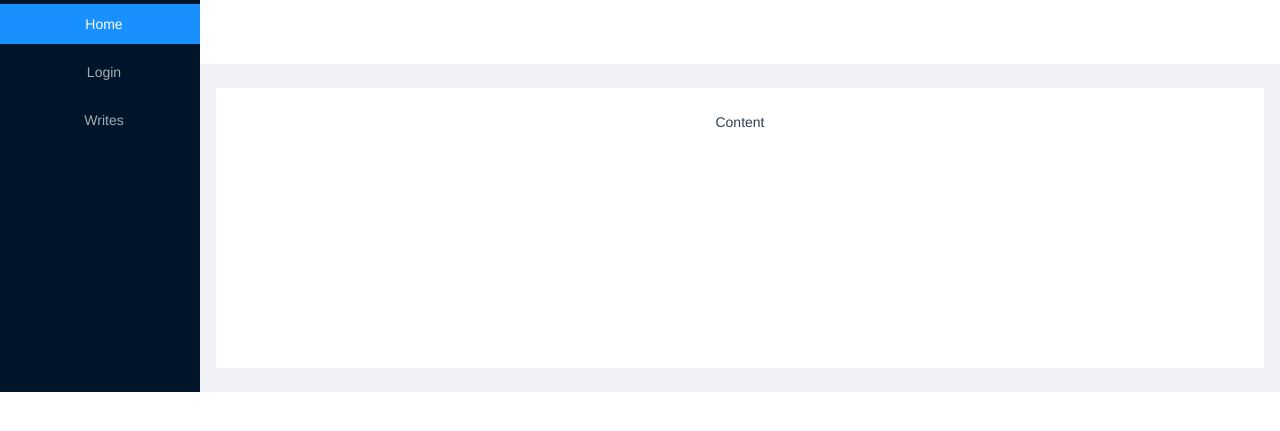
Repository: writesapp/mod
Page: /
An editor plug-in stored every save of this project. The page is shown before and after the next save, followed by the edit.
The browser window is 1280 px wide. The pictures show the whole page.
The project was rebuilt for these pictures with package versions that can differ from the ones it lists, and the page was loaded fresh each time. Also part of the build but not shown: src/components/SigninButton.vue, src/views/Login.vue, src/views/Writes.vue.

Above is the page before, as saved 2020-07-09 13:46:27.

After the next save:
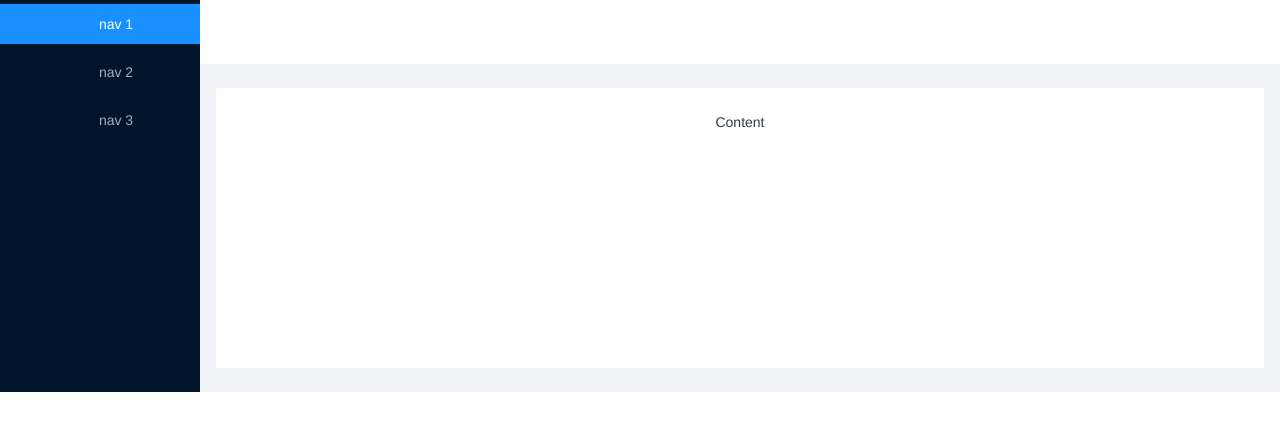
Saved 2 min 37 s later.
--- a/src/App.vue
+++ b/src/App.vue
@@ -1,37 +1,38 @@
 <template>
   <div id="app">
-    <div class="home">
-      <a-layout id="components-layout-demo-custom-trigger">
-      <a-layout-sider v-model="collapsed" :trigger="null" collapsible>
-        <div class="logo" />
-        <a-menu theme="dark" mode="inline" :default-selected-keys="['1']">
-          <a-menu-item key="1">
-            <router-link to="/">Home</router-link>
-          </a-menu-item>
-          <a-menu-item key="2">
-            <router-link to="/login">Login</router-link>
-          </a-menu-item>
-          <a-menu-item key="3">
-            <router-link to="/writes">Writes</router-link>
-          </a-menu-item>
-        </a-menu>
-      </a-layout-sider>
-      <a-layout>
-        <a-layout-header style="background: #fff; padding: 0">
-          <a-icon
-            class="trigger"
-            :type="collapsed ? 'menu-unfold' : 'menu-fold'"
-            @click="() => (collapsed = !collapsed)"
-          />
-        </a-layout-header>
-        <a-layout-content
-          :style="{ margin: '24px 16px', padding: '24px', background: '#fff', minHeight: '280px' }"
-        >
-          Content
-        </a-layout-content>
-      </a-layout>
+    <a-layout id="components-layout-demo-custom-trigger">
+    <a-layout-sider v-model="collapsed" :trigger="null" collapsible>
+      <div class="logo" />
+      <a-menu theme="dark" mode="inline" :default-selected-keys="['1']">
+        <a-menu-item key="1">
+          <a-icon type="user" />
+          <span>nav 1</span>
+        </a-menu-item>
+        <a-menu-item key="2">
+          <a-icon type="video-camera" />
+          <span>nav 2</span>
+        </a-menu-item>
+        <a-menu-item key="3">
+          <a-icon type="upload" />
+          <span>nav 3</span>
+        </a-menu-item>
+      </a-menu>
+    </a-layout-sider>
+    <a-layout>
+      <a-layout-header style="background: #fff; padding: 0">
+        <a-icon
+          class="trigger"
+          :type="collapsed ? 'menu-unfold' : 'menu-fold'"
+          @click="() => (collapsed = !collapsed)"
+        />
+      </a-layout-header>
+      <a-layout-content
+        :style="{ margin: '24px 16px', padding: '24px', background: '#fff', minHeight: '280px' }"
+      >
+        Content
+      </a-layout-content>
     </a-layout>
-  </div>
+  </a-layout>
     <router-view/>
   </div>
 </template>
